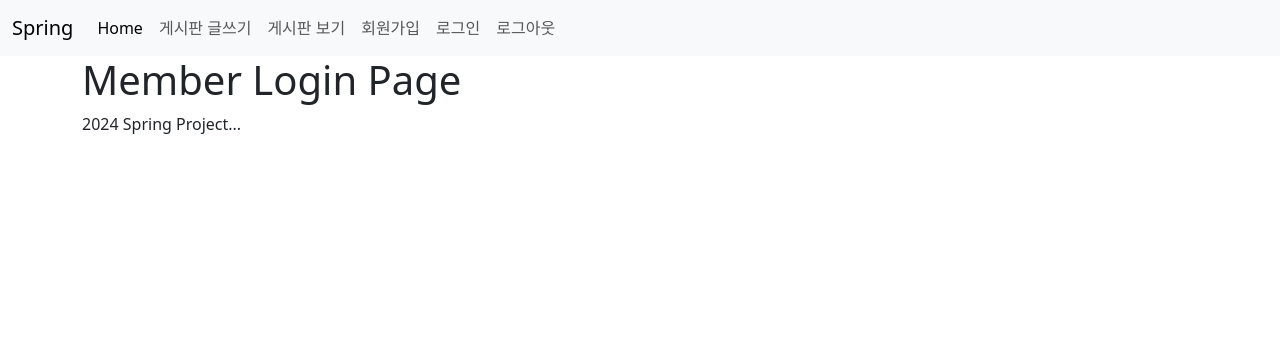
Repository: dhalfks/springTest240430
Page: http://localhost/spring_study/WEB-INF/views/member/login.jsp
An editor plug-in stored every save of this project. The page is shown before and after the next save, followed by the edit.
The browser window is 1280 px wide. The pictures show the whole page.
The page is served by Tomcat 9. Nobody is signed in. The template is opened directly, without the code that normally fills it, so the values that code supplies are empty.

Above is the page before, as saved 2024-04-25 07:43:29.

### spring_study/src/main/webapp/WEB-INF/views/member/login.jsp
<%@ page language="java" contentType="text/html; charset=UTF-8"
    pageEncoding="UTF-8"%>
<jsp:include page="../layout/header.jsp" />
<div class="container-md">
<h1>Member Login Page</h1>





</div>
<jsp:include page="../layout/footer.jsp" />

### spring_study/src/main/webapp/WEB-INF/views/layout/header.jsp
<%@ page language="java" contentType="text/html; charset=UTF-8"
    pageEncoding="UTF-8"%>
<!DOCTYPE html>
<html>
<head>
<meta charset="UTF-8">
<title>header.jsp</title>
<link href="https://cdn.jsdelivr.net/npm/bootstrap@5.3.3/dist/css/bootstrap.min.css" rel="stylesheet" integrity="sha384-QWTKZyjpPEjISv5WaRU9OFeRpok6YctnYmDr5pNlyT2bRjXh0JMhjY6hW+ALEwIH" crossorigin="anonymous">
<script src="https://cdn.jsdelivr.net/npm/bootstrap@5.3.3/dist/js/bootstrap.bundle.min.js" integrity="sha384-YvpcrYf0tY3lHB60NNkmXc5s9fDVZLESaAA55NDzOxhy9GkcIdslK1eN7N6jIeHz" crossorigin="anonymous"></script>
</head>
<body>
<nav class="navbar navbar-expand-lg bg-body-tertiary">
  <div class="container-fluid">
    <a class="navbar-brand" href="#">Spring</a>
    <button class="navbar-toggler" type="button" data-bs-toggle="collapse" data-bs-target="#navbarSupportedContent" aria-controls="navbarSupportedContent" aria-expanded="false" aria-label="Toggle navigation">
      <span class="navbar-toggler-icon"></span>
    </button>
    <div class="collapse navbar-collapse" id="navbarSupportedContent">
      <ul class="navbar-nav me-auto mb-2 mb-lg-0">
        <li class="nav-item">
          <a class="nav-link active" aria-current="page" href="/">Home</a>
        </li>
        <li class="nav-item">
          <a class="nav-link" href="/board/register">게시판 글쓰기</a>
        </li>
        <li class="nav-item">
          <a class="nav-link" href="/board/list">게시판 보기</a>
        </li>
        <li class="nav-item">
          <a class="nav-link" href="/member/register">회원가입</a>
        </li>
        <li class="nav-item">
          <a class="nav-link" href="#">로그인</a>
        </li>
        <li class="nav-item">
          <a class="nav-link" href="#">로그아웃</a>
        </li>
       </ul>
    </div>
  </div>
</nav>

### spring_study/src/main/webapp/WEB-INF/views/layout/footer.jsp
<%@ page language="java" contentType="text/html; charset=UTF-8"
    pageEncoding="UTF-8"%>

<div class="container-md">
 	2024 Spring Project...
</div>

</body>
</html>

After the next save:
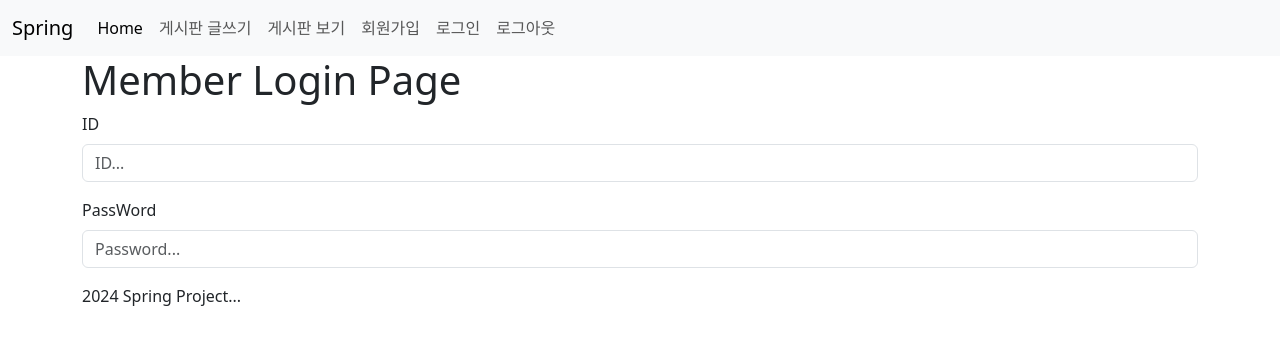
Saved 22 s later.
--- a/spring_study/src/main/webapp/WEB-INF/views/member/login.jsp
+++ b/spring_study/src/main/webapp/WEB-INF/views/member/login.jsp
@@ -3,7 +3,17 @@
 <jsp:include page="../layout/header.jsp" />
 <div class="container-md">
 <h1>Member Login Page</h1>
+<form action="/member/register" method="post">
+	<div class="mb-3">
+	  <label for="i" class="form-label">ID</label>
+	  <input type="text" class="form-control" name="id" id="i" placeholder="ID...">
+	</div>
+	<div class="mb-3">
+	  <label for="p" class="form-label">PassWord</label>
+	  <input type="password" class="form-control" name="pw" id="p" placeholder="Password...">
+	</div>
 
+</form>
 
 
 
